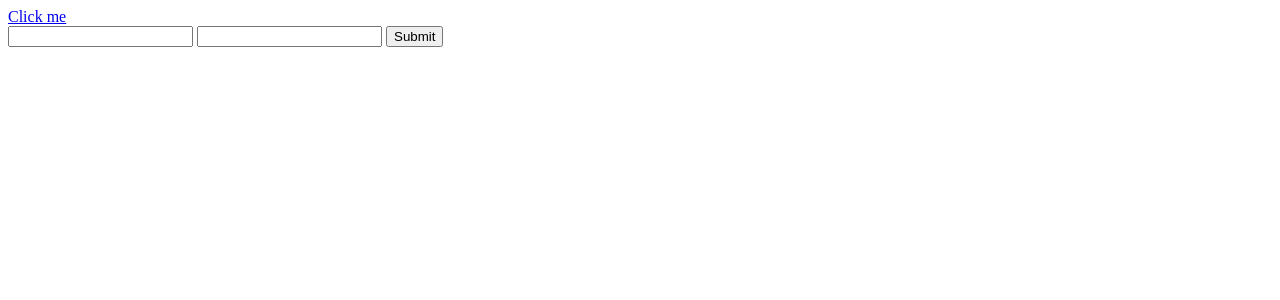
Repository: akki1071993/JavaServlet
Page: HttpServletFilterDemo/src/main/webapp/index.html
An editor plug-in stored every save of this project. The page is shown before and after the next save, followed by the edit.
The browser window is 1280 px wide. The pictures show the whole page.

Above is the page before, as saved 2022-06-15 05:38:41.

After the next save:
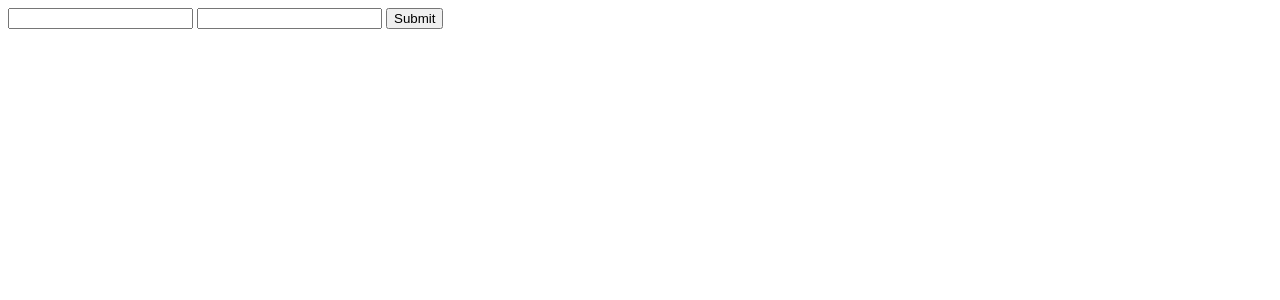
Saved 14 s later.
--- a/HttpServletFilterDemo/src/main/webapp/index.html
+++ b/HttpServletFilterDemo/src/main/webapp/index.html
@@ -7,8 +7,8 @@
 <body>
 
 
-<a href="welcome">Click me</a>
-<form action="loging" method="post">
+
+<form action="done" method="post">
 <input type="text" name="fname">
 <input type="text" name="lname">
 <button type="submit" value="Ok"> Submit</button>
